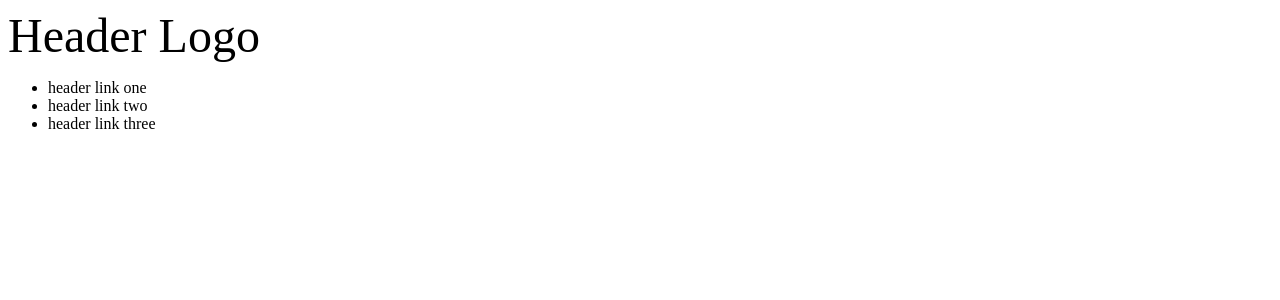
Repository: z1youRA/FirstWebsite
Page: index.html
The author's editor kept a copy of each file at every save. The page is drawn from the files as they stood at one save, then again after the next save.
The browser window is 1280 px wide. The pictures show the whole page.

Above is the page before, as saved 2021-11-25 16:38:50.

### index.html
<!DOCTYPE html>
<html lang="en">
<head>
    <meta charset="UTF-8">
    <meta http-equiv="X-UA-Compatible" content="IE=edge">
    <meta name="viewport" content="width=device-width, initial-scale=1.0">
    <title>The Odin Project</title>
    <link rel="stylesheet" href="styles.css">
</head>
<body>
    <div class="header">
        <div class="logo">Header Logo</div>
        <div class="right-links">
            <ul>
                <li>header link one</li>
                <li>header link two</li>
                <li>header link three</li>
            </ul>
        </div>
    </div>

</body>
</html>

### styles.css
.header .logo {
    font-size: 48px;

}

After the next save:
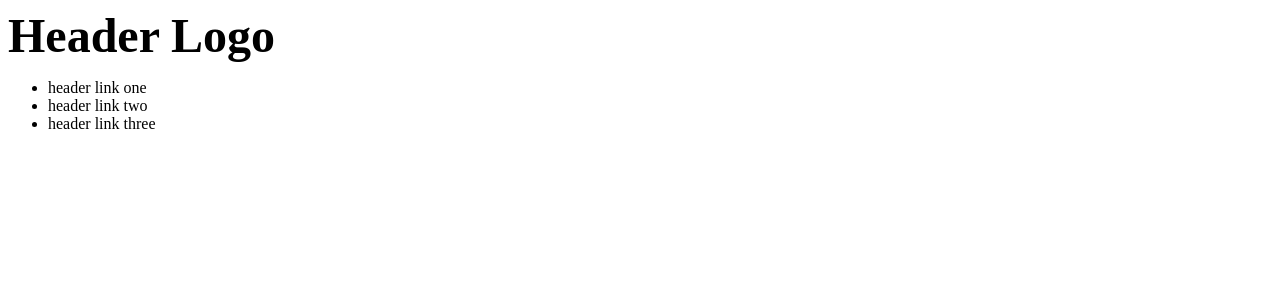
Saved 39 s later.
--- a/styles.css
+++ b/styles.css
@@ -1,4 +1,4 @@
 .header .logo {
     font-size: 48px;
-
+    font-weight:bolder
 }
